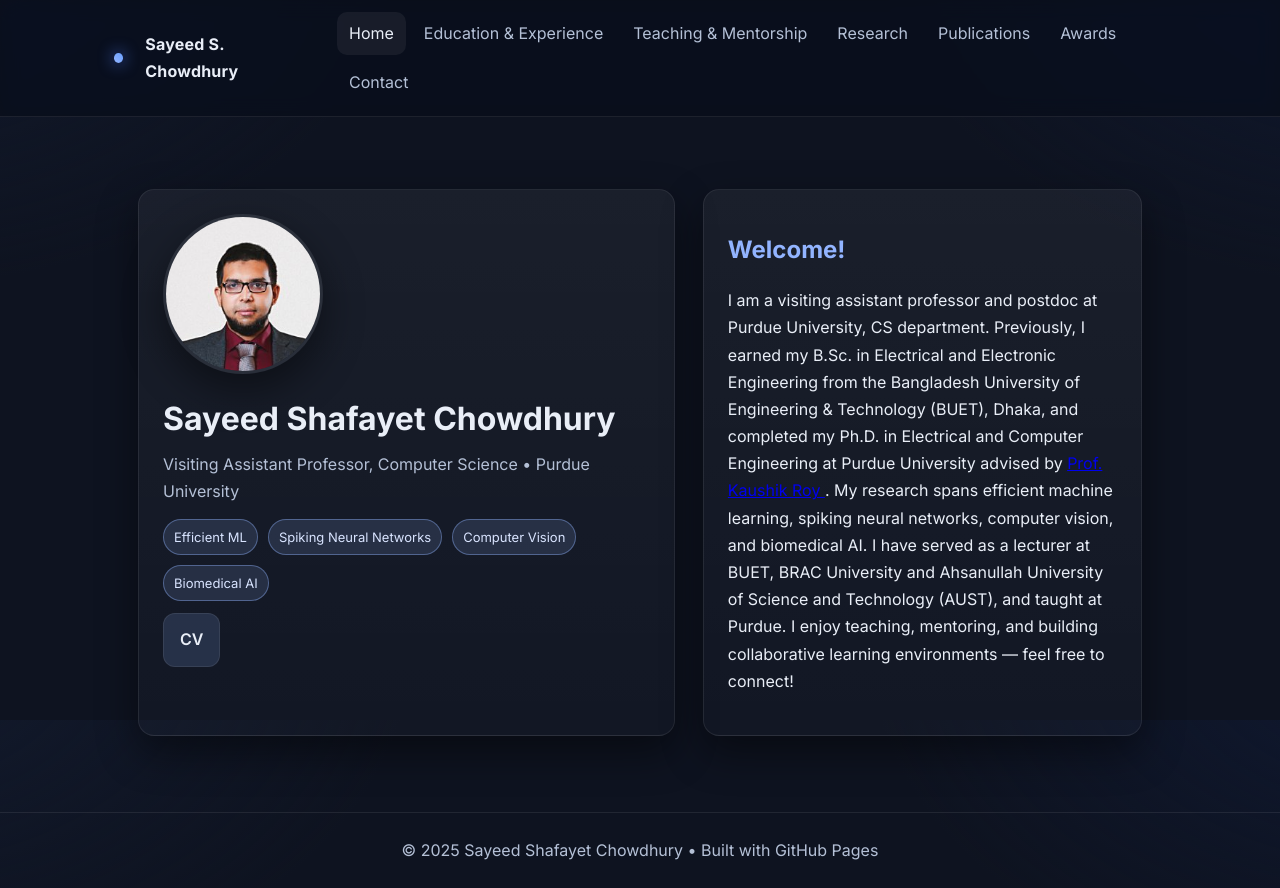
Repository: SayeedChowdhury/SayeedChowdhury.github.io
Page: index.html
These files come from the project's save history. The page is drawn as it stood at one moment and after the next save; the edit follows.
The browser window is 1280 px wide. The pictures show the whole page.

Above is the page before, as saved 2025-08-11 10:45:03.

After the next save:
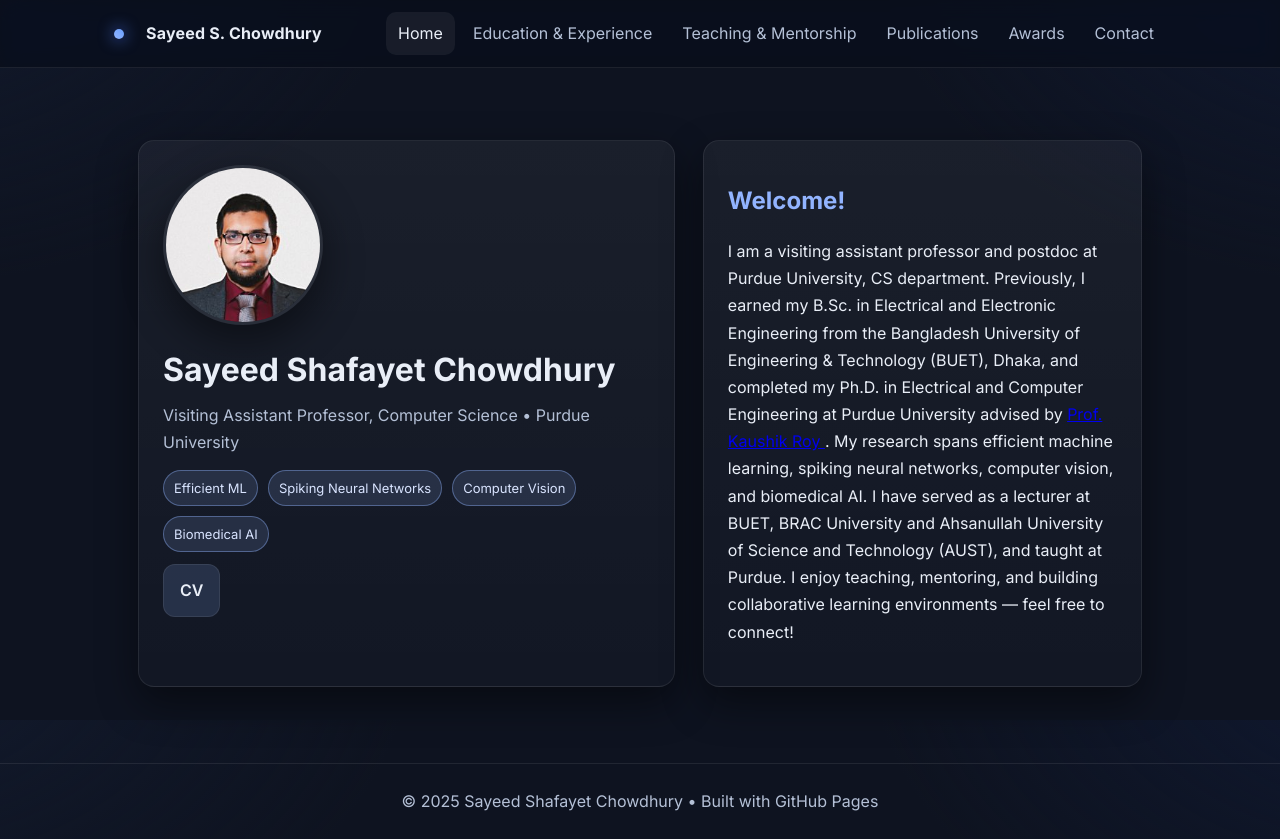
Saved 11 min 18 s later.
--- a/index.html
+++ b/index.html
@@ -17,7 +17,7 @@
       <a href="index.html" class="active">Home</a>
       <a href="edu-exp.html" class="">Education & Experience</a>
       <a href="teaching.html" class="">Teaching & Mentorship</a>
-      <a href="research.html" class="">Research</a>
+      <!-- <a href="research.html" class="">Research</a> -->
       <a href="publications.html" class="">Publications</a>
       <a href="awards.html" class="">Awards</a>
       <a href="contact.html" class="">Contact</a>
